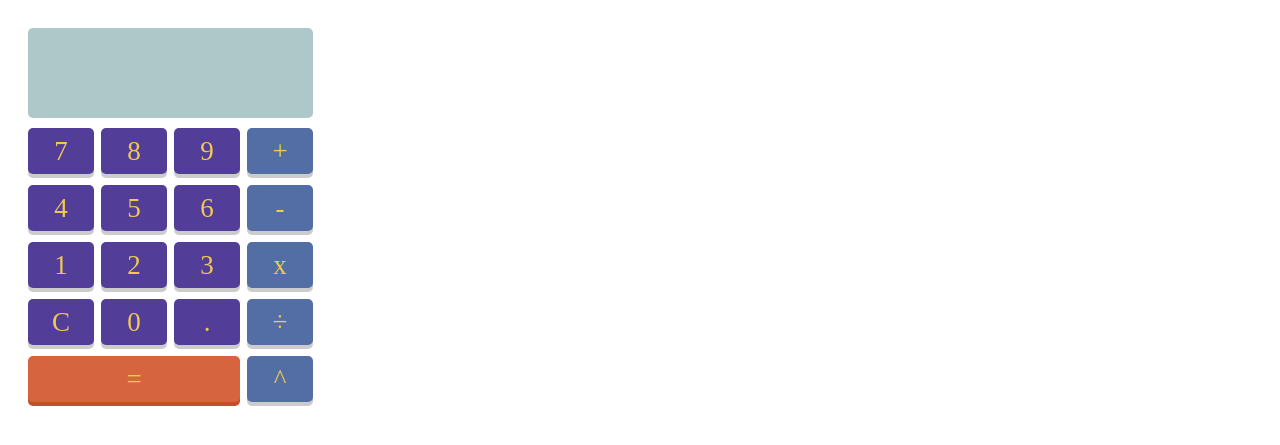
Repository: arjay07/AlineNotebook
Page: app/views/calculator.html
The author's editor kept a record of every edit. The page is drawn from the files as they stood at one moment, then again after the next edit.
The browser window is 1280 px wide. The pictures show the whole page.

Above is the page before.

After the next edit:
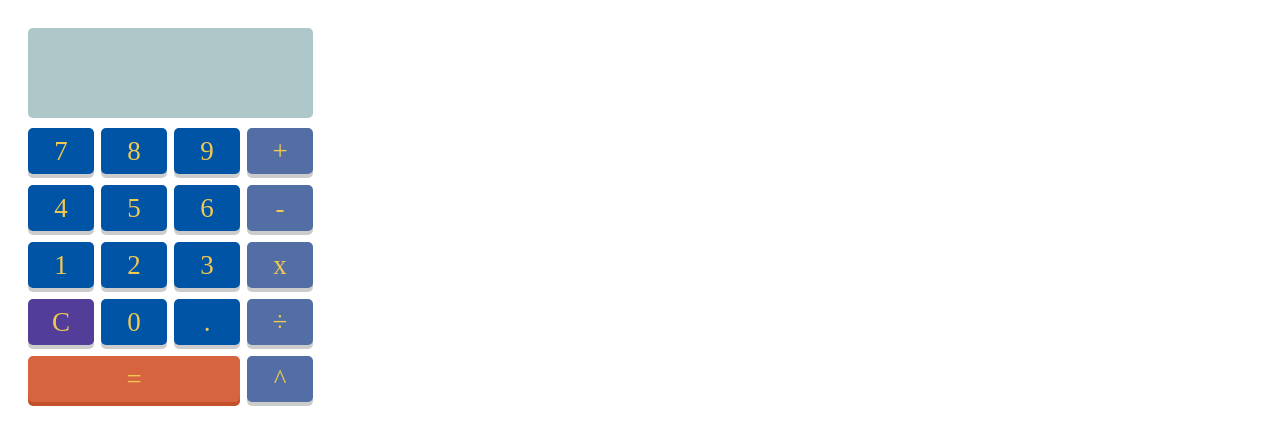
The edit:
--- a/app/views/calculator.html
+++ b/app/views/calculator.html
@@ -44,7 +44,7 @@
 	float: left;
 	position: relative;
 	top: 0;
-	background: #523d98;
+	background: #0054A6;
 	font-size:27px;
 	cursor: pointer;
 	width: 66px;
